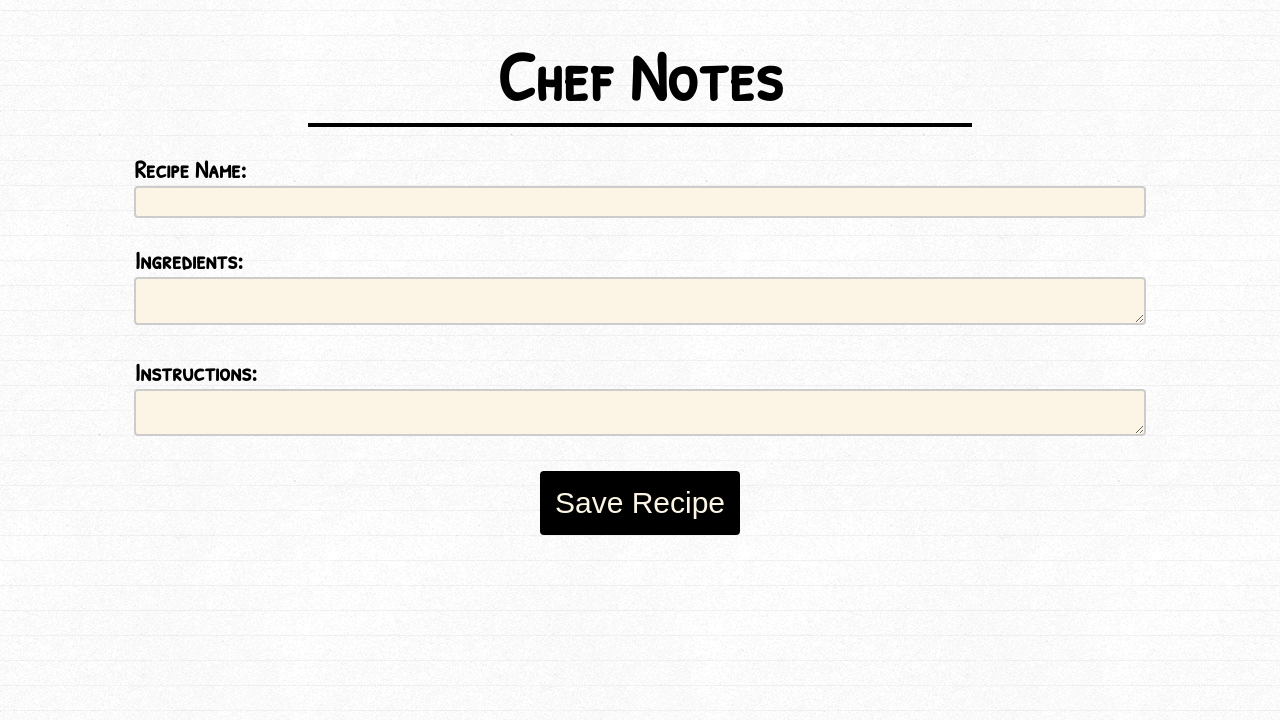
Repository: Chadloswald/RecipeSite
Page: index.html
These files come from the project's save history. The page is drawn as it stood at one moment and after the next save; the edit follows.
The browser window is 1280 px wide. The pictures show the whole page.

Above is the page before, as saved 2023-04-03 21:08:39.

### index.html
<!DOCTYPE html>
<html lang="en">
  <head>
    <meta charset="UTF-8">
    <title>ChefNotes</title>
    <style type="text/css">
      /* body {
      background-color: rgb(0,0,0);
      background-image: url(http://www.zingerbugimages.com/backgrounds/parchment_paper_wallpaper_texture_seamless.jpg);
      background-position: top left;
      background-repeat: repeat;
      background-attachment: fixed;
    } */
    </style>
    <link rel="stylesheet" href="style.css">
  </head>
  <body>
    <!-- <div id="corner-border"></div> -->
    <h1>Chef Notes</h1>
    <form>
      <label for="name">Recipe Name:</label>
      <input type="text" id="name" name="name">
      <br>
      <label for="ingredients">Ingredients:</label>
      <textarea id="ingredients" name="ingredients"></textarea>
      <br>
      <label for="instructions">Instructions:</label>
      <textarea id="instructions" name="instructions"></textarea>
      <br>
      <button id="saveButton" type="button">Save Recipe</button>
    </form>
    <div id="list"></div>
    <script src="scripts.js"></script>
  </body>
</html>

### style.css
@font-face {
  font-family: 'Patrick Hand';
  src: url('PatrickHandSC-Regular.ttf') format('truetype');
}
body {
  font-family: 'Patrick Hand', cursive;
  margin-top: 30px 0px 0px 0px;
  padding: 0;
  background-image: url("lined-paper-2.png");
 /* background-color: #FCF5E5;
  */
 /* border: 1px solid black;
  */
}
h1 {
  text-align: center;
  padding: 20px 0 0 0;
  border-bottom: 4px solid black;
  margin: 0 300px;
  font-size: 70px;
}
/* @media (max-width: 600px) {
  h1 {
    font-size: xx-large;
    }
    label {
      font-size: larger;
    }
} */
form {
  width: 80%;
  margin: 0 auto;
}
label {
  display: block;
  font-weight: bold;
  margin-top: 1em;
  font-size: 25px;
}
input[type="text"], textarea {
  background-color: #FCF5E5;
  width: 100%;
  box-sizing: border-box;
  padding: 0.5em;
  border: 2px solid #ccc;
  border-radius: 4px;
}
button {
  display: block;
  margin: 1em auto;
  padding: 0.5em;
  border-radius: 4px;
  background-color: black;
  color: #FCF5E5;
  font-size: 30px;
  border: none;
  cursor: pointer;
}
button:hover {
  background-color: #ADD8E6;
  color: black;
}
#recipe-list {
  width: 80%;
  margin: 1em auto;
  font-size: 25px;
}
h2 {
  font-size: 25px;
}
p {
  font-size: 20px;
}
.recipe-line {
	height: 1px;
	background-color: black;
	position: relative;
	margin-top: 30px;
	margin-bottom: 30px;
	left: 0;
	width: 50%;
}

### scripts.js
document.addEventListener('DOMContentLoaded', function() { //Adds the event listener that waits for site to load before executing the function
  const save = document.getElementById('saveButton'); //The Save Button
  const nameInput = document.getElementById('name'); //The "Name" form
  const ingredientsInput = document.getElementById('ingredients'); //The "Ingredients" form
  const instructionsInput = document.getElementById('instructions'); //The "Instructions" form
  const recipeList = document.getElementById('list'); //The place where your recipes save when you hit the "Save Button"

  save.addEventListener('click', function() { //Adds the event listener to the Save button, listens for a "click"
      const name = nameInput.value; //Gets the value that was put into the "Name" form
      const ingredients = ingredientsInput.value; //Gets the value that was put into the "Ingredients" form
      const instructions = instructionsInput.value; //Gets the value that was put into the "Instructions" form

      const recipe = document.createElement('div'); //Creating a recipe "container" using a div tag
      const recipeName = document.createElement('h2'); //Takes the "name" element and puts it in the recipe container as an h2
      const recipeIngredients = document.createElement('p'); //Takes the "ingredients" element and puts it in the recipe container as an p
      const recipeInstructions = document.createElement('p'); //Takes the "instructions" element and puts it in the recipe container as an p

      recipeName.innerText = name; //Populates the "recipeName" element with the value of the "name" element
      recipeIngredients.innerText = `Ingredients: ${ingredients}`; //Populates the "recipeIngredients" element with all the strings in the "ingredients" element
      recipeInstructions.innerText = `Instructions: ${instructions}`; //Populates the "recipeInstructions" element with all the strings in the "instructions" element
      recipe.appendChild(recipeName); //These 3 lines add "recipeName" "recipeIngredients" and "recipeInstructions" of the recipe doc
      recipe.appendChild(recipeIngredients);
      recipe.appendChild(recipeInstructions);

      recipeList.appendChild(recipe); //Sets the "recipe" as a child of the "recipeList" - Causes each "recipe" to display in the "recipeList"
  });
});

After the next save:
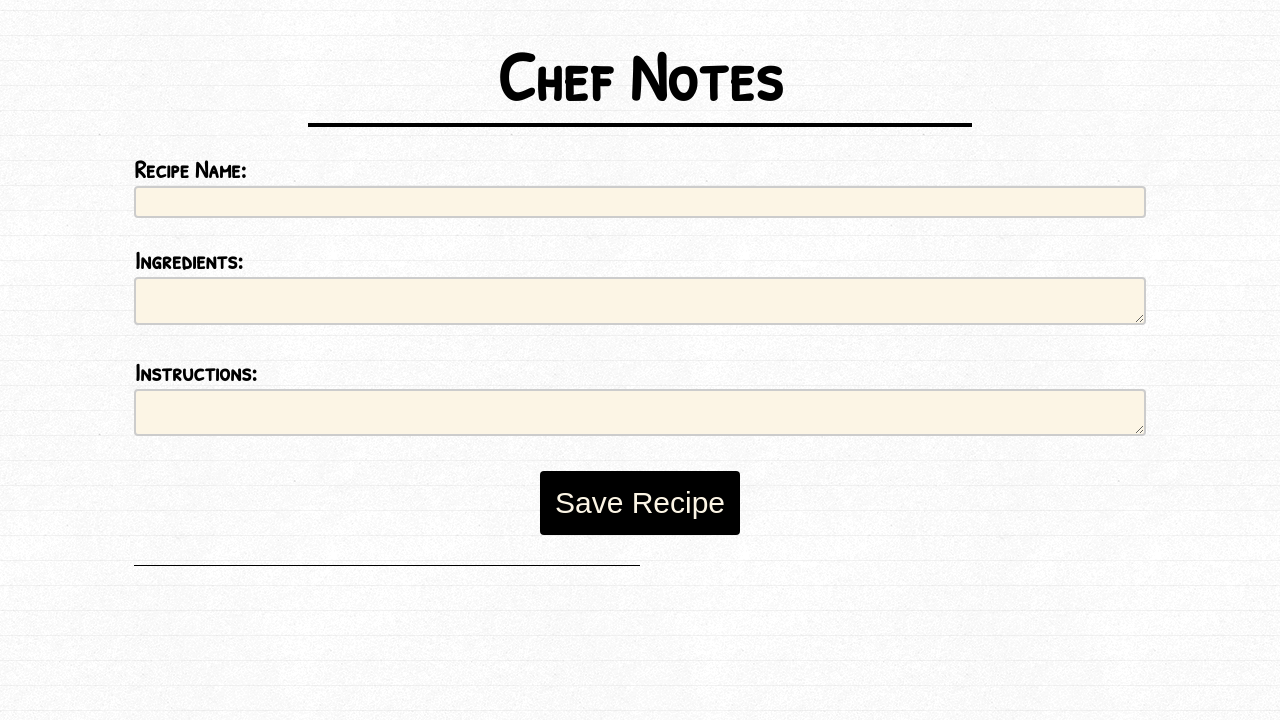
Saved 87 s later.
--- a/index.html
+++ b/index.html
@@ -29,7 +29,11 @@
       <br>
       <button id="saveButton" type="button">Save Recipe</button>
     </form>
+    <div id="recipe-list">
+      <!-- recipe-line div -->
+      <div class="recipe-line"></div>
     <div id="list"></div>
+    </div>
     <script src="scripts.js"></script>
   </body>
 </html>
